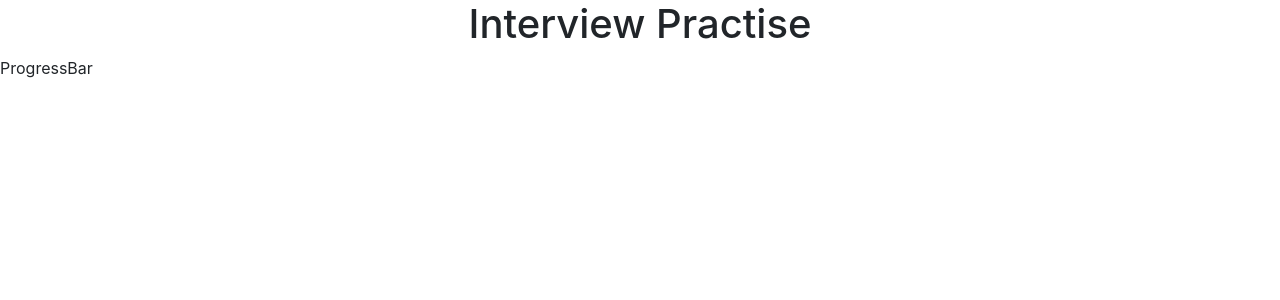
Repository: punitbathija/Machine-Round-React
Page: /
An editor plug-in stored every save of this project. The page is shown before and after the next save, followed by the edit.
The browser window is 1280 px wide. The pictures show the whole page.
The project was rebuilt for these pictures with package versions that can differ from the ones it lists, and the page was loaded fresh each time. Also part of the build but not shown: src/components/counter.jsx.

Above is the page before, as saved 2023-06-01 12:27:07.

After the next save:
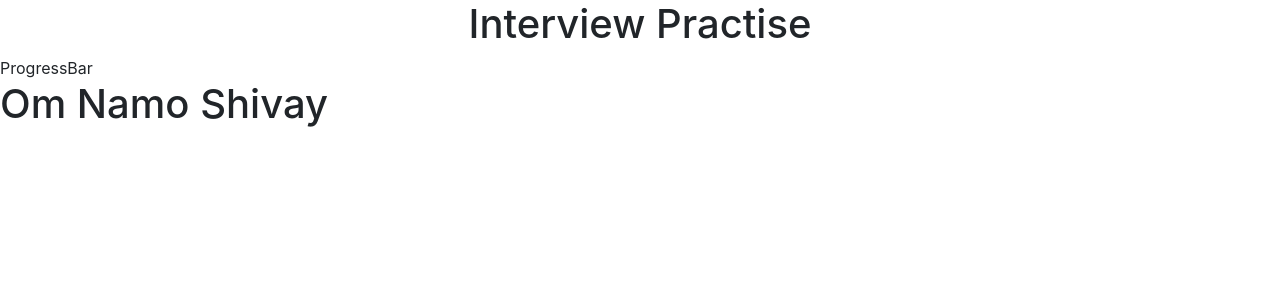
Saved 24 s later.
--- a/src/components/ProgressBar.js
+++ b/src/components/ProgressBar.js
@@ -13,7 +13,12 @@ const ProgressBar = () => {
     }
   }, [isRunning, progress]);
 
-  return <div>ProgressBar</div>;
+  return (
+    <div>
+      ProgressBar
+      <h1>Om Namo Shivay</h1>
+    </div>
+  );
 };
 
 export default ProgressBar;
